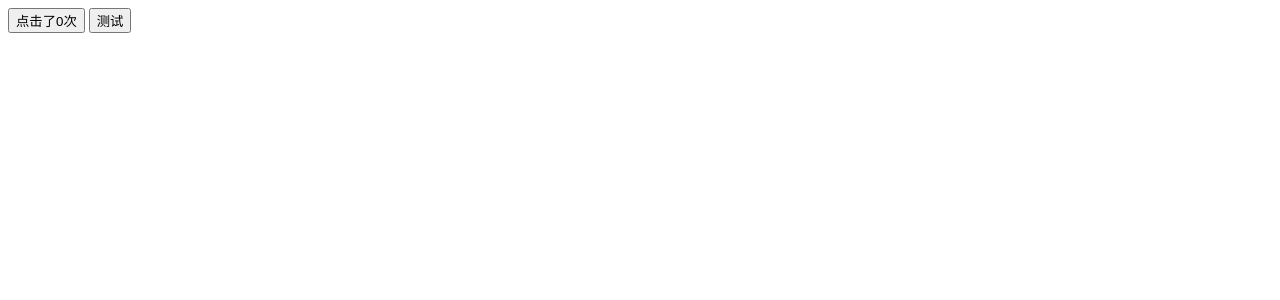
Repository: R1Deemo/Vue
Page: 01.html
The author's editor kept a copy of each file at every save. The page is drawn from the files as they stood at one save, then again after the next save.
The browser window is 1280 px wide. The pictures show the whole page.

Above is the page before, as saved 2022-11-08 11:08:05.

After the next save:
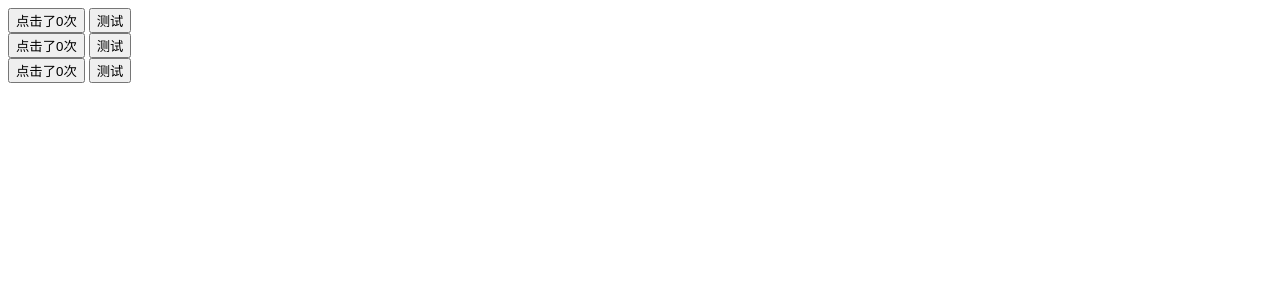
Saved 6 s later.
--- a/01.html
+++ b/01.html
@@ -10,6 +10,8 @@
 
 <body>
     <div id="app">
+        <button-counter></button-counter>
+        <button-counter></button-counter>
         <button-counter></button-counter>
     </div>
     <!-- <script src="/vue学习/js/vue.js"></script> -->
